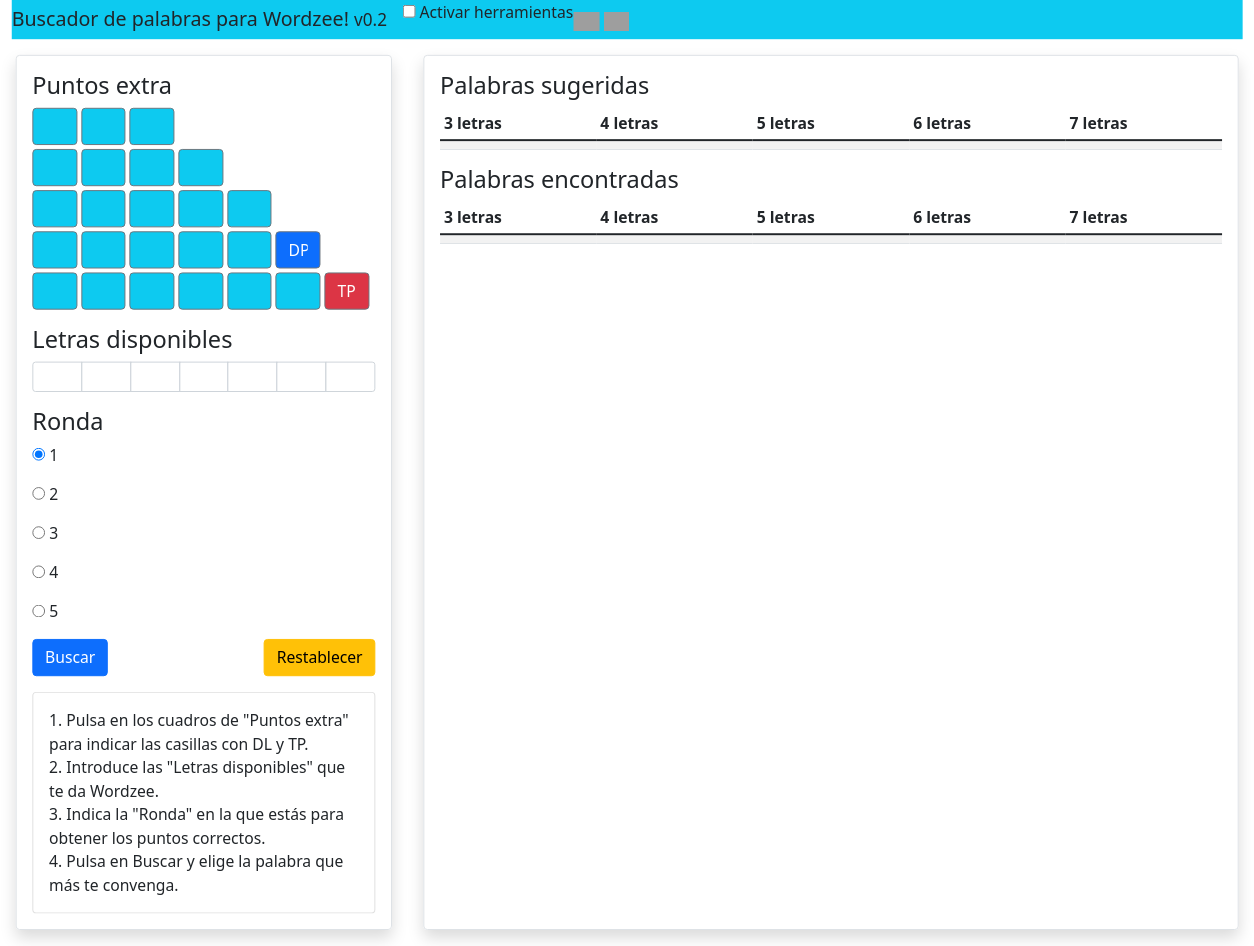
Repository: angelcafe/wordzee-bp_javascript
Page: index.html
These files come from the project's save history. The page is drawn as it stood at one moment and after the next save; the edit follows.
The browser window is 1280 px wide. The pictures show the whole page, at 98% of full size.
Pictures or frames that could not be fetched are drawn as grey boxes.

Above is the page before, as saved 2021-10-22 21:48:10.

After the next save:
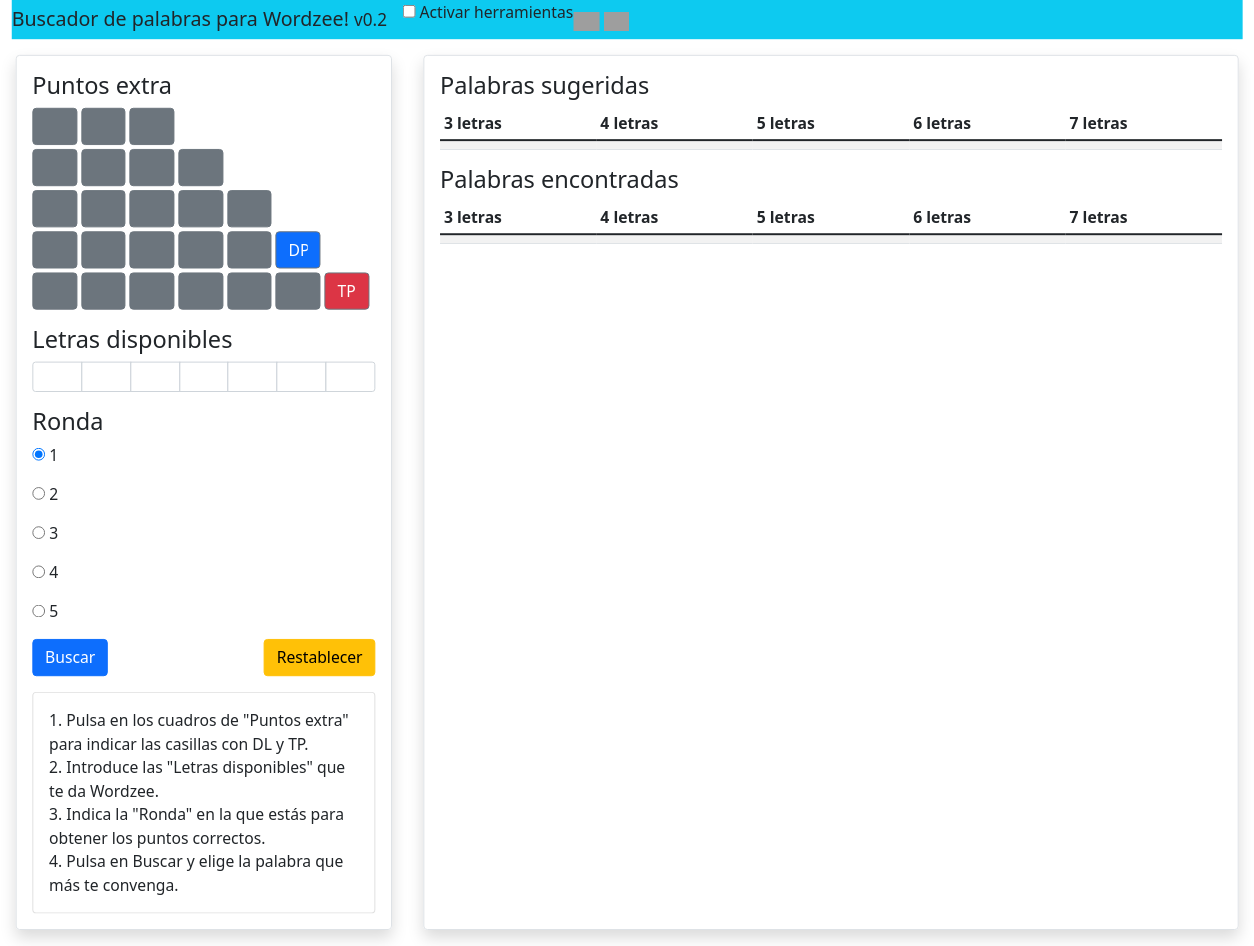
Saved 46 s later.
--- a/index.css
+++ b/index.css
@@ -1,8 +1,5 @@
 .btn-secondary {
     width: 13%;
-}
-.info {
-    background-color: #0dcaf0;
 }
 .noselect {
     -webkit-touch-callout: none; /* iOS Safari */
